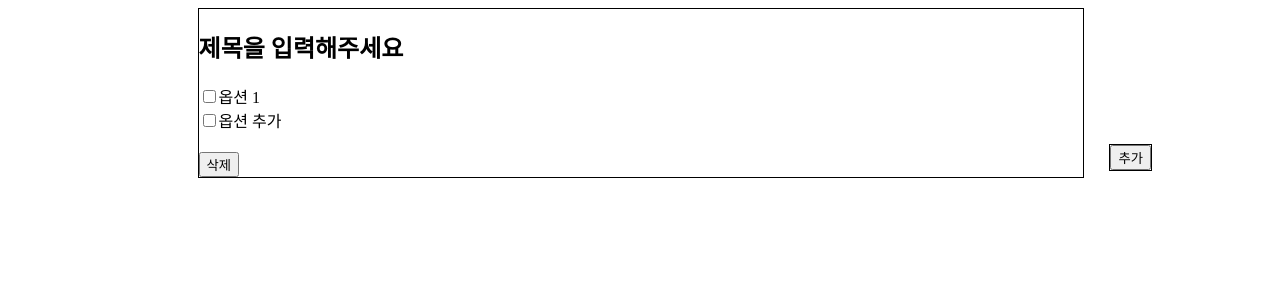
Repository: binigy97/VoteStie
Page: voteWeb/src/main/resources/static/index.html
These files come from the project's save history. The page is drawn as it stood at one moment and after the next save; the edit follows.
The browser window is 1280 px wide. The pictures show the whole page.

Above is the page before, as saved 2022-02-23 22:08:34.

After the next save:
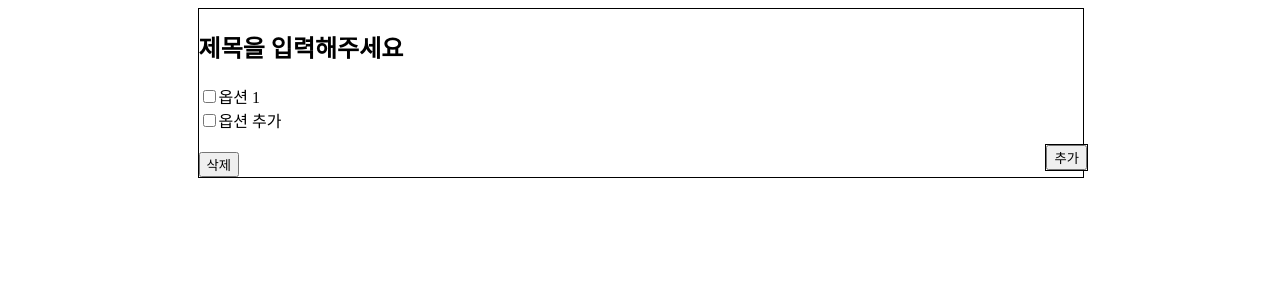
Saved 3 s later.
--- a/voteWeb/src/main/resources/static/index.html
+++ b/voteWeb/src/main/resources/static/index.html
@@ -19,7 +19,7 @@ body > article {
 	float: right;
 	position: absolute;
 	top: 20%;
-	right: 10%;
+	right: 15%;
 }
 div > label {
 	display: block;
